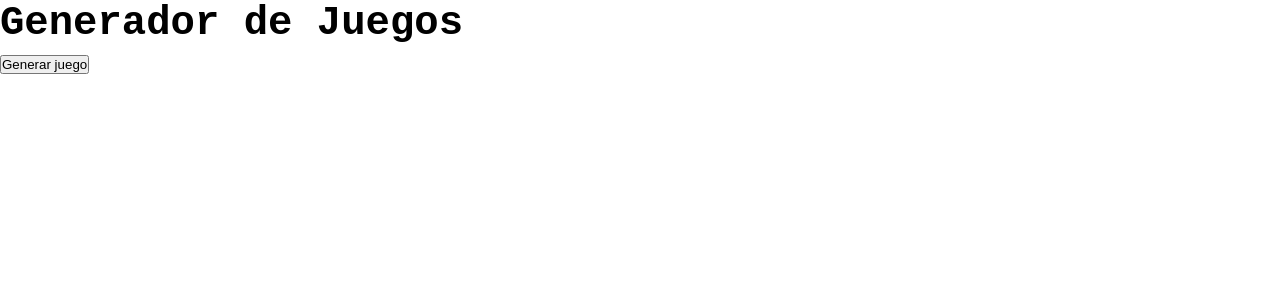
Repository: Pandrea-hub/generador-juegos
Page: public/index.html
The author's editor kept a copy of each file at every save. The page is drawn from the files as they stood at one save, then again after the next save.
The browser window is 1280 px wide. The pictures show the whole page.

Above is the page before, as saved 2022-04-24 17:48:17.

After the next save:
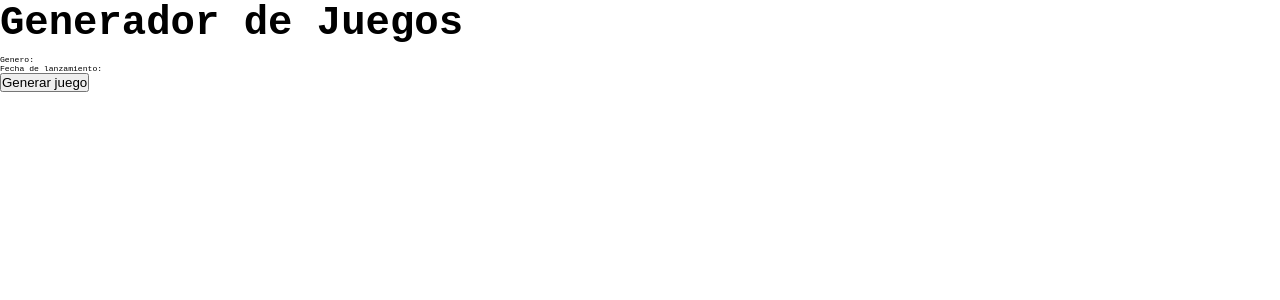
Saved 16 min 9 s later.
--- a/public/index.html
+++ b/public/index.html
@@ -15,11 +15,25 @@
 
     <main>
         <section>
-            <img id="image">
+            <div>
+                <img id="image">
+            </div>
+            <div>
+                <h2 id="title"></h2>
+                <div class="subtitule">
+                    <p>Genero:</p>
+                    <p id="genre"></p>
+                </div>
+                <div class="subtitule">
+                    <p>Fecha de lanzamiento:</p>
+                    <p id="release_date"></p>
+                </div>
+
+            </div>
         </section>
         <section>
-            <h2 id="title"></h2>
-            <p id="genre"></p>
+
+
             <button id="btnLoad">Generar juego</button>
         </section>
     </main>

After the 3 saves that followed:
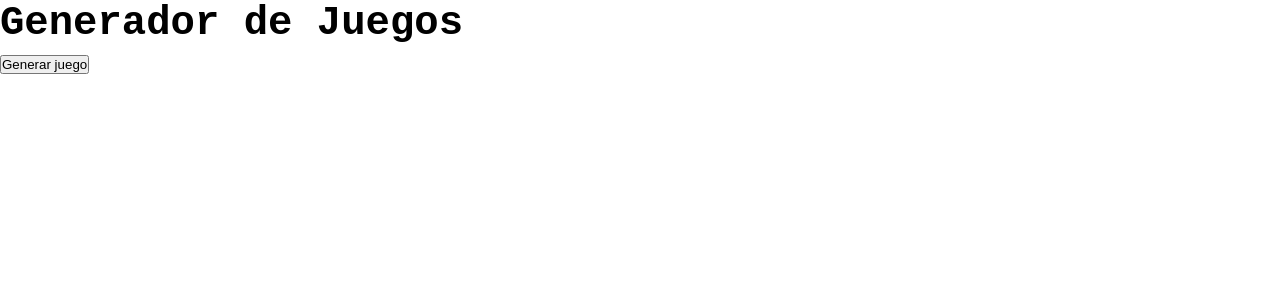
The 3 saves are shown as one change because 2 left the picture as it was.
The last was saved 4 min 34 s later.
--- a/public/index.html
+++ b/public/index.html
@@ -14,20 +14,14 @@
 
 
     <main>
-        <section>
+        <section class="main-game--head">
             <div>
                 <img id="image">
             </div>
             <div>
                 <h2 id="title"></h2>
-                <div class="subtitule">
-                    <p>Genero:</p>
                     <p id="genre"></p>
-                </div>
-                <div class="subtitule">
-                    <p>Fecha de lanzamiento:</p>
                     <p id="release_date"></p>
-                </div>
 
             </div>
         </section>
